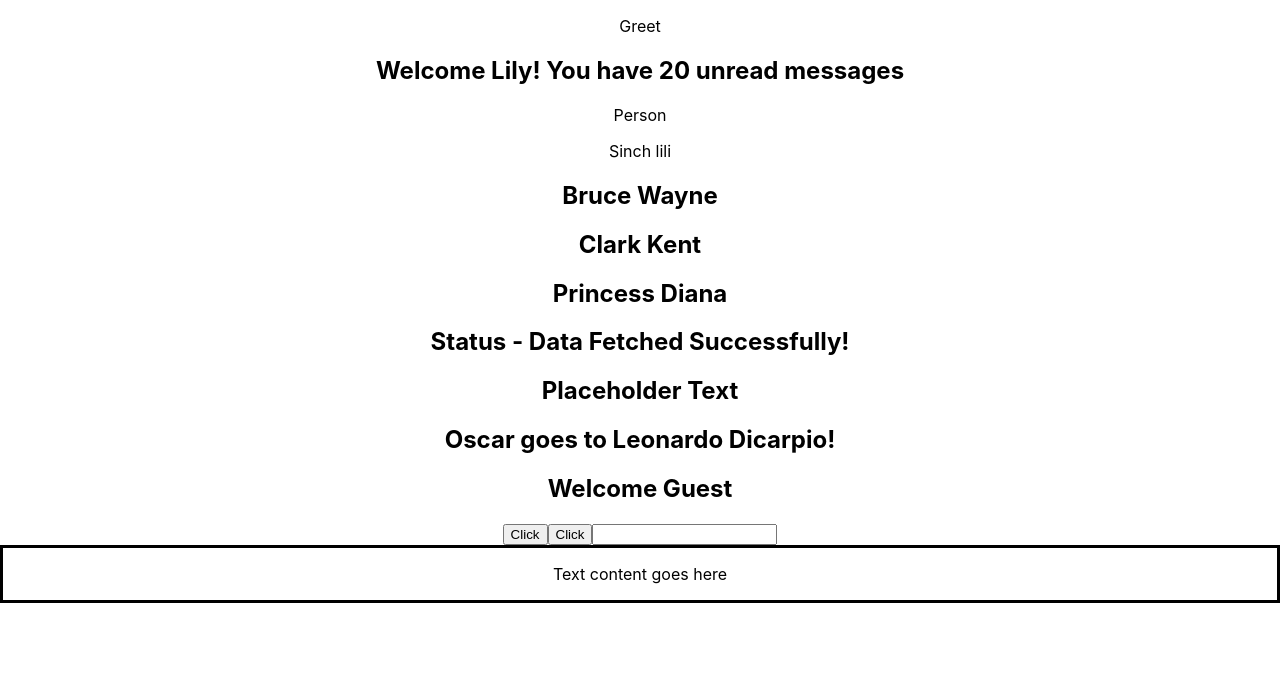
Repository: sinchana-P/react-typescript-demo
Page: /
An editor plug-in stored every save of this project. The page is shown before and after the next save, followed by the edit.
The browser window is 1280 px wide. The pictures show the whole page.
The project was rebuilt for these pictures with package versions that can differ from the ones it lists, and the page was loaded fresh each time.

Above is the page before, as saved 2023-12-03 13:50:01.

After the next save:
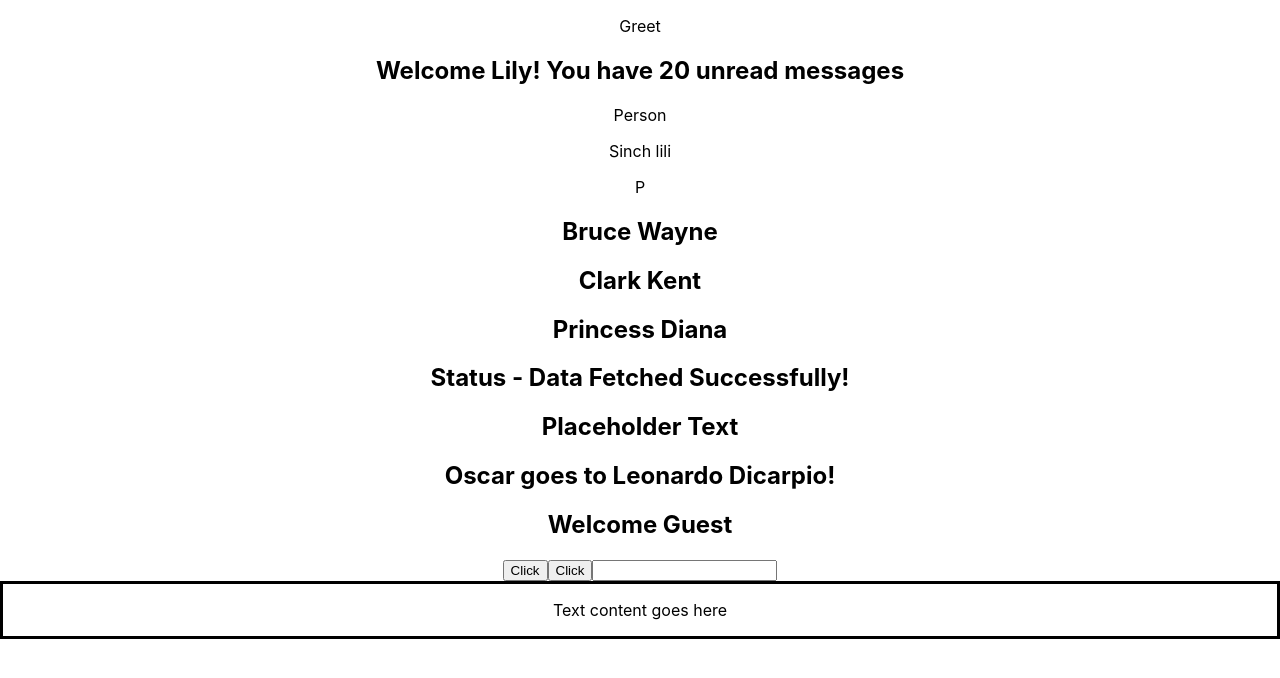
Saved 6 s later.
--- a/src/App.tsx
+++ b/src/App.tsx
@@ -40,6 +40,8 @@ function App() {
 
       <p>Person</p>
       <Person name={personName} />
+
+      <p>P</p>
       <PersonList names={nameList} />
       <Status status="success" />
       <Heading>Placeholder Text</Heading>
